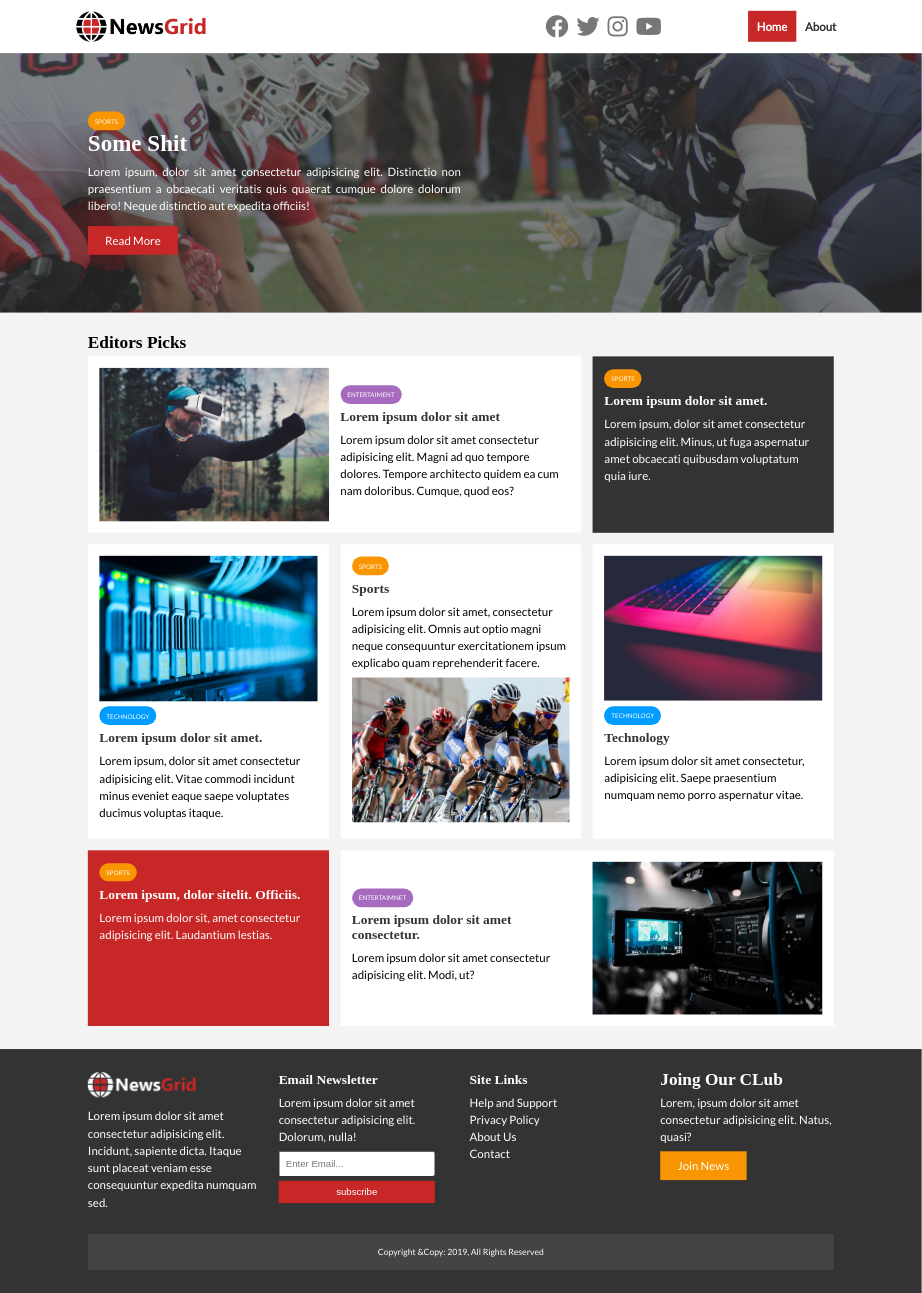
Repository: EswinGiova/NewsGrid
Page: index.html
The author's editor kept a copy of each file at every save. The page is drawn from the files as they stood at one save, then again after the next save.
The browser window is 1280 px wide. The pictures show the whole page, at 72% of full size.
Some web libraries are served in a nearby version.

Above is the page before, as saved 2020-09-20 15:59:25.

### index.html
<!DOCTYPE html>
<html lang="en">
  <head>
    <meta charset="UTF-8" />
    <meta name="viewport" content="width=device-width, initial-scale=1.0" />
    <link rel="shortcut icon" type="image/x-icon" href="favicon.ico" />
    <link
      href="https://fonts.googleapis.com/css2?family=Lato&family=Staatliches&display=swap"
      rel="stylesheet"
    />
    <link rel="stylesheet" href="./css/style.css" />
    <link
      rel="stylesheet"
      media="screen and (max-width: 768px)"
      href="./css/mobile.css"
    />

    <link
      rel="stylesheet"
      href="https://cdnjs.cloudflare.com/ajax/libs/font-awesome/5.14.0/css/all.min.css"
      integrity="sha512-1PKOgIY59xJ8Co8+NE6FZ+LOAZKjy+KY8iq0G4B3CyeY6wYHN3yt9PW0XpSriVlkMXe40PTKnXrLnZ9+fkDaog=="
      crossorigin="anonymous"
    />

    <title>NewsGrid | Latest News</title>
  </head>
  <body>
    <nav id="main-nav">
      <div class="container">
        <img src="./image_resources/logo.png" alt="" class="logo" />
        <div class="social">
          <a href="#" target="_blank"><i class="fab fa-facebook fa-2x"></i></a>
          <a href="#" target="_blank"><i class="fab fa-twitter fa-2x"></i></a>
          <a href="#" target="_blank"><i class="fab fa-instagram fa-2x"></i></a>
          <a href="#" target="_blank"><i class="fab fa-youtube fa-2x"></i></a>
        </div>
        <ul>
          <li><a href="#" class="current">Home</a></li>
          <li><a href="#">About </a></li>
        </ul>
      </div>
    </nav>

    <header id="showcase">
      <div class="container">
        <div class="showcase-container">
          <div class="showcase-content">
            <div class="category category-sports">Sports</div>
            <h1>Some Shit</h1>
            <p>
              Lorem ipsum, dolor sit amet consectetur adipisicing elit.
              Distinctio non praesentium a obcaecati veritatis quis quaerat
              cumque dolore dolorum libero! Neque distinctio aut expedita
              officiis!
            </p>
            <a href="./article.html" class="btn btn-primary">Read More </a>
          </div>
        </div>
      </div>
    </header>
    <!-- Hombe articles -->

    <section id="home-articles" class="py-2">
      <div class="container">
        <h2>Editors Picks</h2>
        <div class="articles-container">
          <article class="card">
            <img src="./image_resources/articles/ent1.jpg" alt="" />
            <div>
              <div class="category category-ent">Entertaiment</div>
              <h3>
                <a href="./article.html">Lorem ipsum dolor sit amet</a>
              </h3>
              <p>
                Lorem ipsum dolor sit amet consectetur adipisicing elit. Magni
                ad quo tempore dolores. Tempore architecto quidem ea cum nam
                doloribus. Cumque, quod eos?
              </p>
            </div>
          </article>
          <article class="card bg-dark">
            <div class="category category-sports">Sports</div>
            <h3>
              <a href="./article.html">Lorem ipsum dolor sit amet.</a>
            </h3>
            <p>
              Lorem ipsum, dolor sit amet consectetur adipisicing elit. Minus,
              ut fuga aspernatur amet obcaecati quibusdam voluptatum quia iure.
            </p>
          </article>

          <article class="card">
            <img src="./image_resources/articles/tech1.jpg" alt="" />
            <div class="category category-tech">Technology</div>
            <h3><a href="./article.html">Lorem ipsum dolor sit amet.</a></h3>
            <p>
              Lorem ipsum, dolor sit amet consectetur adipisicing elit. Vitae
              commodi incidunt minus eveniet eaque saepe voluptates ducimus
              voluptas itaque.
            </p>
          </article>

          <article class="card">
            <div class="category category-sports">Sports</div>
            <h3>
              <a href="./article.html">Sports</a>
            </h3>
            <p>
              Lorem ipsum dolor sit amet, consectetur adipisicing elit. Omnis
              aut optio magni neque consequuntur exercitationem ipsum explicabo
              quam reprehenderit facere.
            </p>
            <img src="./image_resources/articles/sports1.jpg" alt="" />
          </article>

          <article class="card">
            <img src="./image_resources/articles/tech2.jpg" alt="" />
            <div class="category category-tech">Technology</div>
            <h3><a href="./article.html">Technology</a></h3>
            <p>
              Lorem ipsum dolor sit amet consectetur, adipisicing elit. Saepe
              praesentium numquam nemo porro aspernatur vitae.
            </p>
          </article>
          <article class="card bg-primary">
            <div class="category category-sports">Sports</div>
            <h3>
              <a href="./article.html">Lorem ipsum, dolor sitelit. Officiis.</a>
            </h3>
            <p>
              Lorem ipsum dolor sit, amet consectetur adipisicing elit.
              Laudantium lestias.
            </p>
          </article>

          <article class="card">
            <div>
              <div class="category category-ent">Entertaimnet</div>
              <h3>
                <a href="./article.html"
                  >Lorem ipsum dolor sit amet consectetur.</a
                >
              </h3>
              <p>
                Lorem ipsum dolor sit amet consectetur adipisicing elit. Modi,
                ut?
              </p>
            </div>
            <img src="./image_resources/articles/ent2.jpg" alt="" />
          </article>
        </div>
      </div>
    </section>
    <footer id="main-footer" class="py-2">
      <div class="container footer-container">
        <div>
          <img src="./image_resources/logo_light.png" alt="news" />
          <p>
            Lorem ipsum dolor sit amet consectetur adipisicing elit. Incidunt,
            sapiente dicta. Itaque sunt placeat veniam esse consequuntur
            expedita numquam sed.
          </p>
        </div>
        <div>
          <h3>Email Newsletter</h3>
          <p>
            Lorem ipsum dolor sit amet consectetur adipisicing elit. Dolorum,
            nulla!
          </p>
          <form>
            <input type="email" placeholder="Enter Email..." />
            <input type="submit" value="subscribe" class="btn btn-primary" />
          </form>
        </div>
        <div>
          <h3>Site Links</h3>
          <ul class="list">
            <li><a href="#">Help and Support</a></li>
            <li><a href="#">Privacy Policy</a></li>
            <li><a href="#">About Us</a></li>
            <li><a href="#">Contact</a></li>
          </ul>
        </div>
        <div>
          <h2>Joing Our CLub</h2>
          <p>
            Lorem, ipsum dolor sit amet consectetur adipisicing elit. Natus,
            quasi?
          </p>
          <a href="#" class="btn btn-secondary">Join News</a>
        </div>
        <div>
          <p>Copyright &Copy: 2019, All Rights Reserved</p>
        </div>
      </div>
    </footer>
  </body>
</html>

### css/style.css
:root {
  --primary-color: #c72727;
  --secondary-color: #f99500;
  --light-color: #f3f3f3;
  --dark-color: #333;
  --max-width: 1100px;
}

.category {
  --sports-color: #f99500;
  --ent-color: #a66bbe;
  --tech-color: #009cff;
}
* {
  margin: 0;
  padding: 0;
  box-sizing: border-box;
}
body {
  font-family: 'Lato', sans-serif;
  line-height: 1.5;
  background: var(--light-color);
}

a {
  color: var(--dark-color);
  text-decoration: none;
}

ul {
  list-style: none;
}
p {
  margin: 0.5rem 0;
}

img {
  width: 100%;
}

h1,
h2,
h3,
h4,
h5,
h6 {
  font-family: 'Staaliches', cursive;
  margin-bottom: 0.55rem;
  line-height: 1.3rem;
}

/*  utility class */

.container {
  max-width: var(--max-width);
  margin: auto;
  padding: 0 2rem;
  overflow: hidden;
}

/* category */

.category {
  display: inline-block;
  color: #fff;
  font-size: 0.55rem;
  text-transform: uppercase;
  padding: 0.4rem 0.6rem;
  border-radius: 15px;
  margin-bottom: 0.5rem;
}

.category-sports {
  background: var(--sports-color);
}
.category-ent {
  background: var(--ent-color);
}
.category-tech {
  background: var(--tech-color);
}

/* btn */

.btn {
  display: inline-block;
  border: none;
  background: var(--dark-color);
  color: #fff;
  padding: 0.5rem 1.5rem;
}

.btn-light {
  background: var(--light-color);
}
.btn-primary {
  background: var(--primary-color);
}
.btn-secondary {
  background: var(--secondary-color);
}
.btn:hover {
  opacity: 0.8;
}

.btn-block {
  display: block;
  width: 100%;
  text-align: center;
}

/* cards */

.card {
  background: white;
  padding: 1rem;
}

.bg-dark {
  background: var(--dark-color);
  color: white;
}
.bg-primary {
  background: var(--primary-color);
  color: white;
}
.bg-secondary {
  background: var(--secondary-color);
  color: #fff;
}
.py-1 {
  padding: 1.5rem 0;
}
.py-2 {
  padding: 2rem 0;
}
.py-3 {
  padding: 3rem 0;
}
.p-1 {
  padding: 1.5rem;
}
.p-2 {
  padding: 2rem;
}
.p-3 {
  padding: 3rem;
}

.bg-dark h1,
.bg-dark h2,
.bg-dark h3,
.bg-dark a,
.bg-primary h1,
.bg-primary h2,
.bg-primary h3,
.bg-primary a,
.bg-secondary h1,
.bg-secondary h2,
.bg-secondary h3,
.bg-secondary a {
  color: #fff;
}

/* Navigation */
#main-nav {
  background: #fff;
  position: sticky;
  top: 0;
  z-index: 2;
}

#main-nav .container {
  display: grid;
  grid-template-columns: 6fr 3fr 2fr;
  padding: 1rem;
  align-items: center;
}

#main-nav .logo {
  width: 180px;
}

#main-nav ul {
  display: flex;
  justify-self: end;
}

#main-nav ul li a {
  padding: 0.77rem;
  font-weight: bold;
}

#main-nav ul li .current {
  background: var(--primary-color);
  color: white;
}

#main-nav ul li .current:hover {
  background: var(--light-color);
  color: var(--dark-color);
}
#main-nav .social {
  justify-self: center;
}

#main-nav .social i {
  color: #777;
  margin-left: 0.5rem;
}

/* showcase */
#showcase {
  background: #333;
  color: #fff;
  position: relative;
}

#showcase:before {
  content: '';
  background: url('../image_resources/featured.jpg') center center/cover;
  position: absolute;
  top: 0;
  left: 0;
  width: 100%;
  height: 100%;
  opacity: 0.4;
}
#showcase .showcase-container {
  height: 50vh;
  display: grid;
  grid-template-columns: repeat(2, 1fr);
  justify-content: center;
  align-content: center;
}
#showcase .showcase-container .showcase-content {
  z-index: 2;
  text-align: justify;
}
#showcase .showcase-container .showcase-content p {
  margin: 1rem 0;
}
/* Home Articles  */

#home-articles .articles-container {
  display: grid;
  grid-template-columns: repeat(3, 1fr);
  grid-gap: 1rem;
}

#home-articles .articles-container > *:first-child,
#home-articles .articles-container > *:last-child {
  display: grid;
  grid-template-columns: repeat(2, 1fr);
  grid-column: 1 / span 2;
  grid-gap: 1rem;
  align-items: center;
}
#home-articles .articles-container > *:last-child {
  grid-column: 2 / span 2;
}

/* footer */
#main-footer {
  background: var(--dark-color);
  color: #fff;
}

#main-footer img {
  width: 150px;
}

#main-footer a {
  color: #fff;
}

#main-footer .footer-container {
  display: grid;
  grid-template-columns: repeat(4, 1fr);
  grid-gap: 1.5rem;
}

#main-footer .footer-container > *:last-child {
  grid-column: 1 / span 4;
  text-align: center;
  background: #444;

  font-size: 0.75rem;
  padding: 0.5rem;
}

#main-footer .footer-container input[type='email'] {
  width: 90%;
  padding: 0.5rem;
  margin-bottom: 0.4rem;
}

#main-footer .footer-container input[type='submit'] {
  width: 90%;
}

Loaded but not shown: css/mobile.css (no copy from this time; the picture is the same without it)

After the next save:
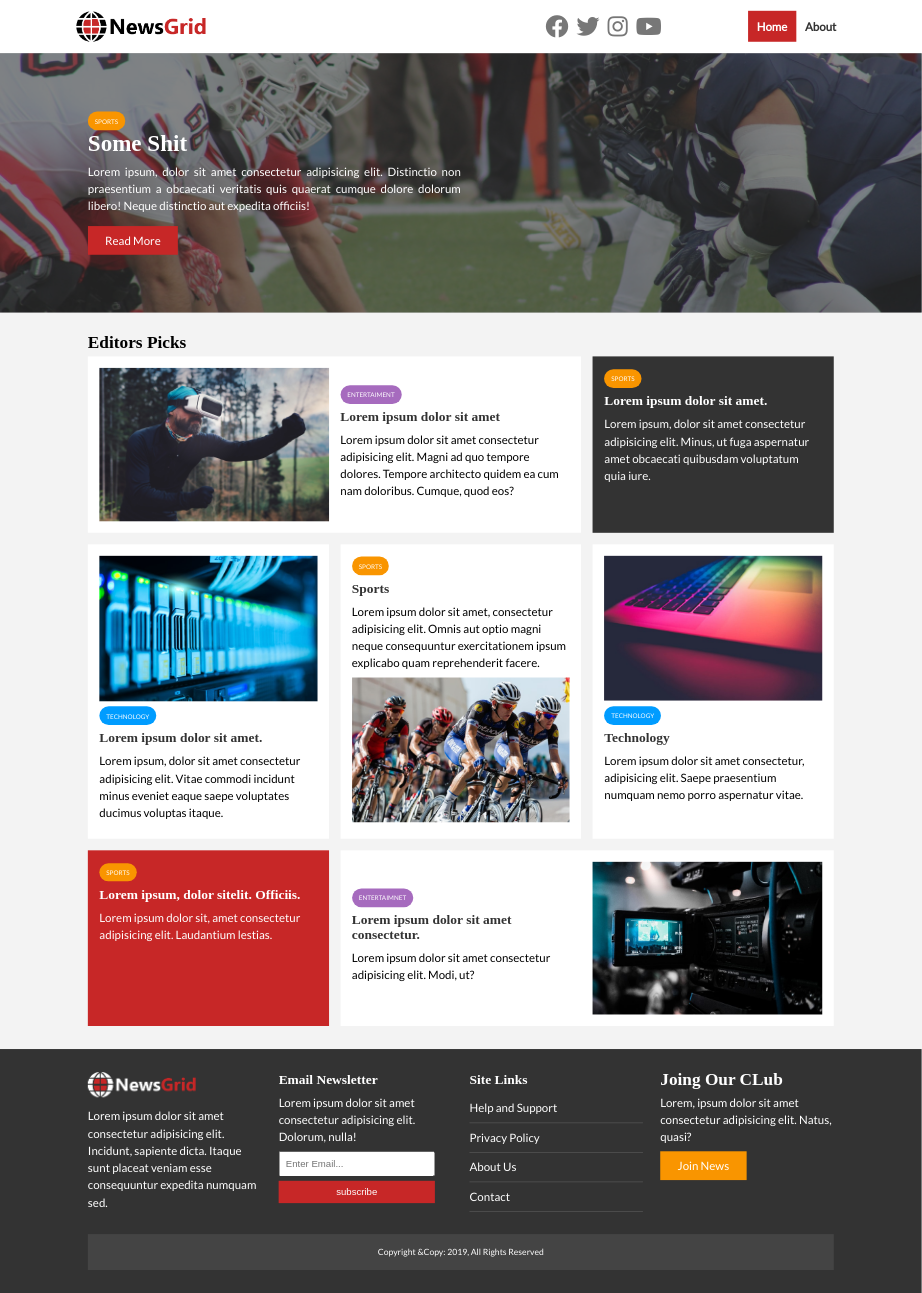
Saved 78 s later.
--- a/css/style.css
+++ b/css/style.css
@@ -162,6 +162,12 @@ h6 {
   color: #fff;
 }
 
+.list li {
+  padding: 0.5rem 0;
+  border-bottom: 1px solid #555;
+  width: 100%;
+}
+
 /* Navigation */
 #main-nav {
   background: #fff;
